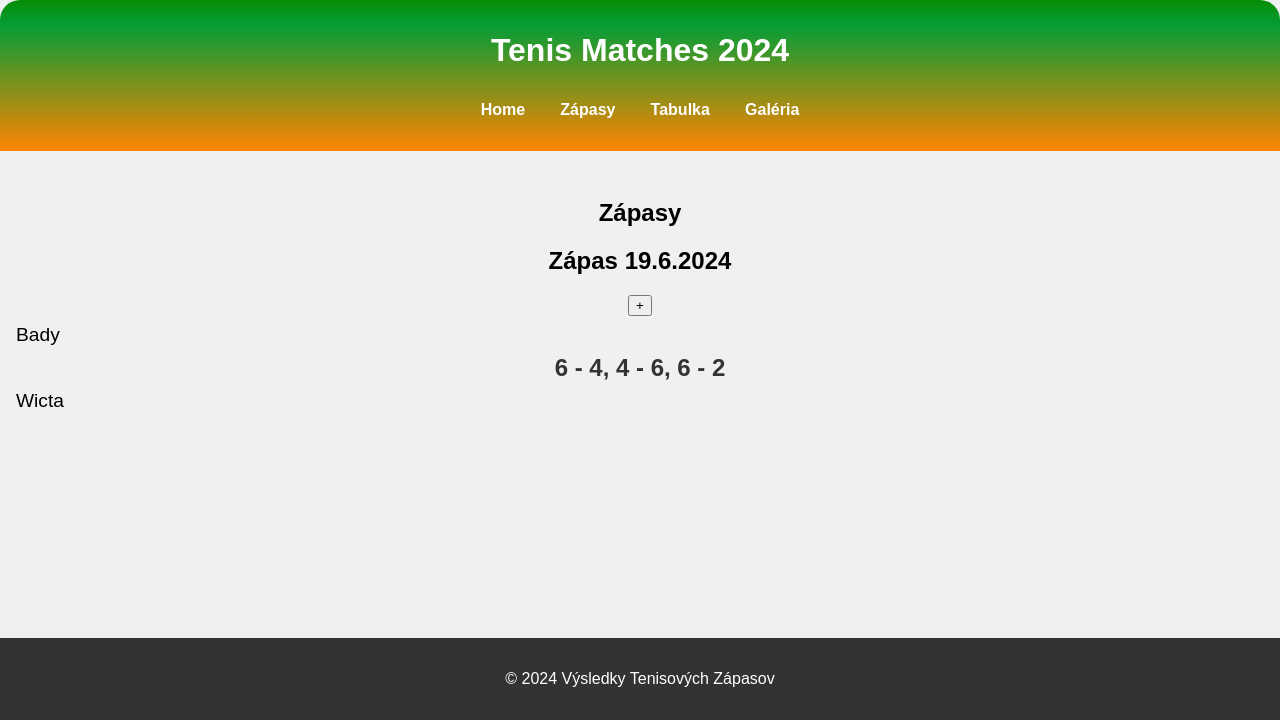
Repository: Badynko/tenis
Page: matches.html
An editor plug-in stored every save of this project. The page is shown before and after the next save, followed by the edit.
The browser window is 1280 px wide. The pictures show the whole page.

Above is the page before, as saved 2024-07-23 17:35:36.

After the next save:
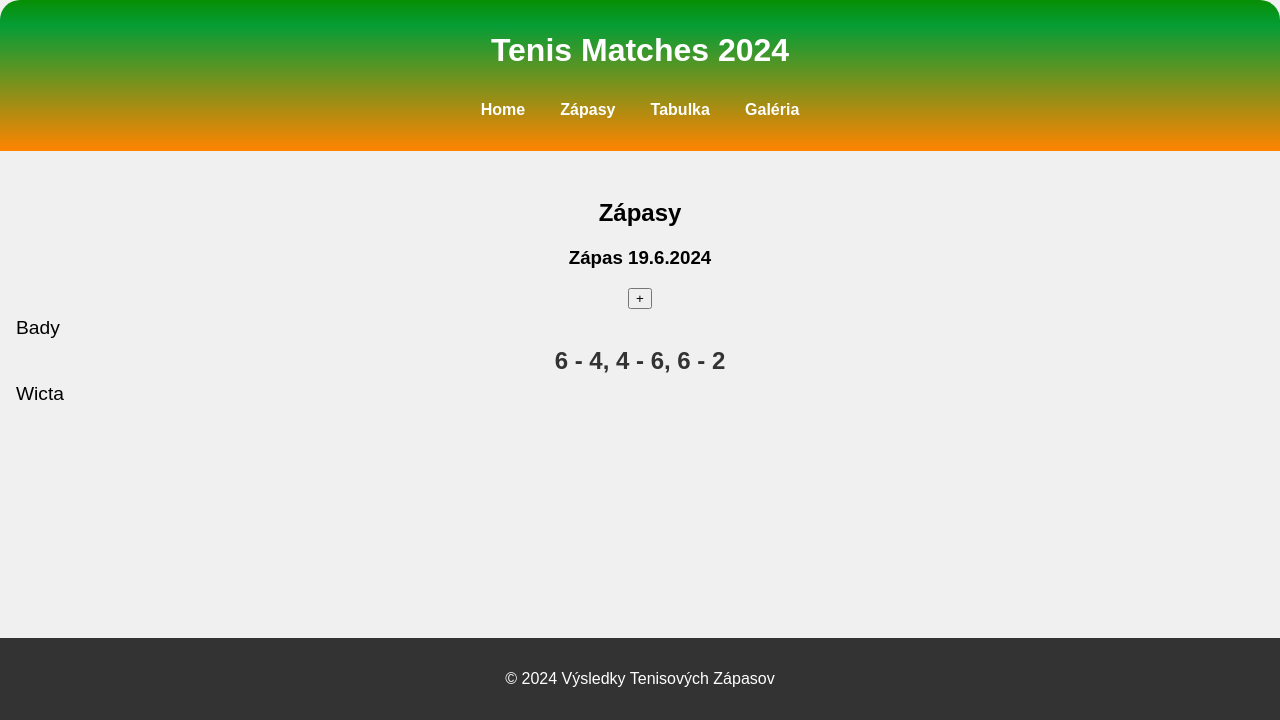
Saved 10 s later.
--- a/matches.html
+++ b/matches.html
@@ -25,7 +25,7 @@
         <div class="accordion-container">
           <div class="accordion">
             <div class="accordion-header">
-              <h2>Zápas 19.6.2024</h2>
+              <h3>Zápas 19.6.2024</h3>
               <button>+</button>
             </div>
             <div class="accordion-body">
